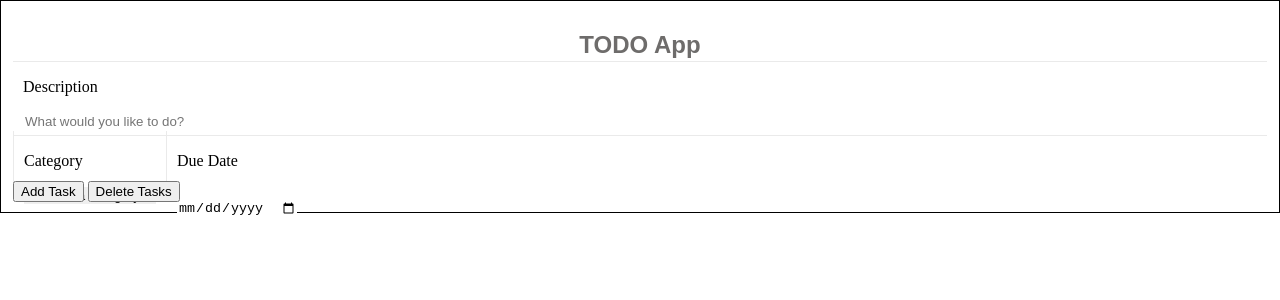
Repository: king-slayer97/TODO-App
Page: http://localhost/
The author's editor kept a copy of each file at every save. The page is drawn from the files as they stood at one save, then again after the next save.
The browser window is 1280 px wide. The pictures show the whole page.
The page is served by the project's Node server (index.js).

Above is the page before, as saved 2022-08-15 17:15:25.

After the next save:
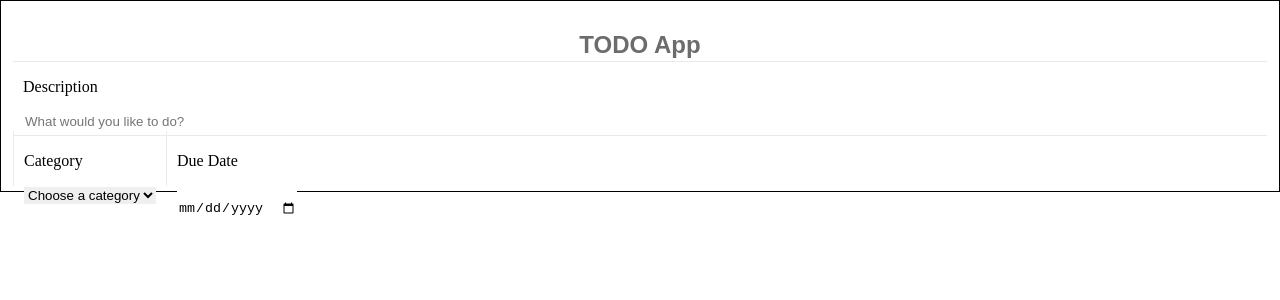
Saved 24 s later.
--- a/views/home.ejs
+++ b/views/home.ejs
@@ -37,10 +37,10 @@
                 <input type="date" placeholder="dd/mm/yyyy">
             </div>
         </div>
-        <div class="buttons">
+        <!-- <div class="buttons">
             <button>Add Task</button>
             <button>Delete Tasks</button>
-        </div>
+        </div> -->
     </div>
 </body>
 
